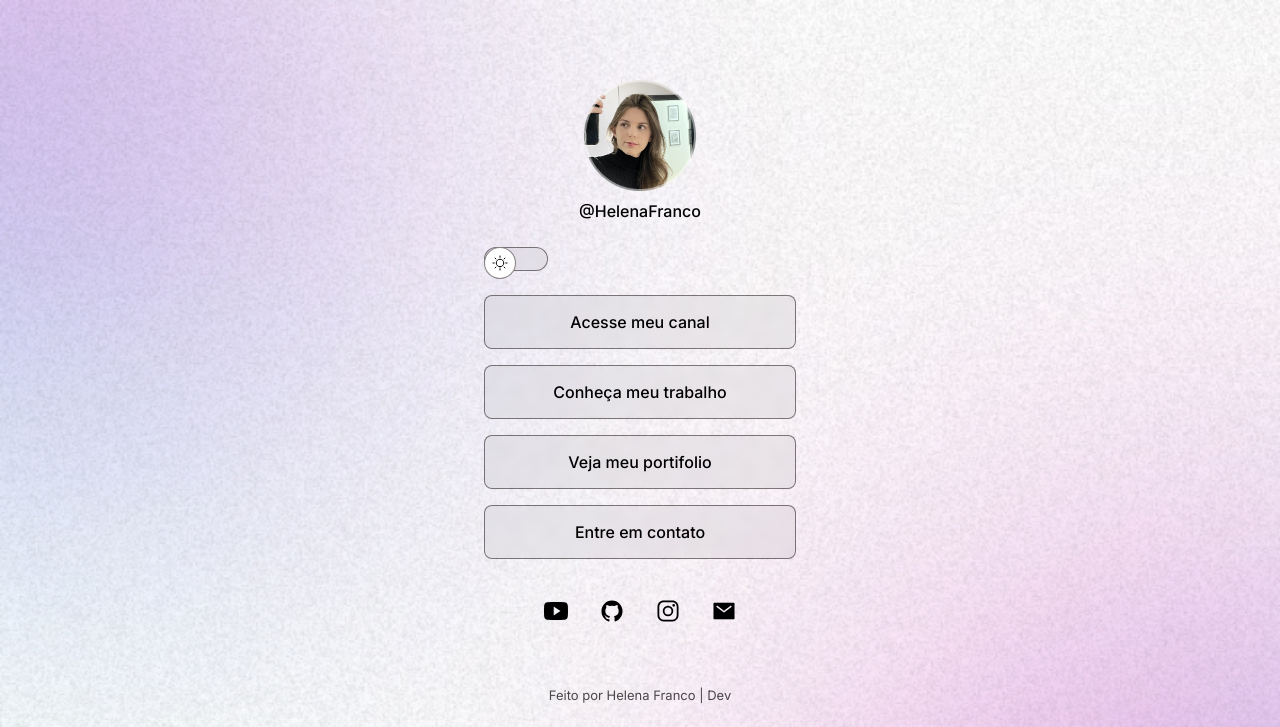
Repository: Fr4nc021/Pagina-de-links-
Page: index.html
The author's editor kept a copy of each file at every save. The page is drawn from the files as they stood at one save, then again after the next save.
The browser window is 1280 px wide. The pictures show the whole page.

Above is the page before, as saved 2025-02-17 20:42:50.

After the next save:
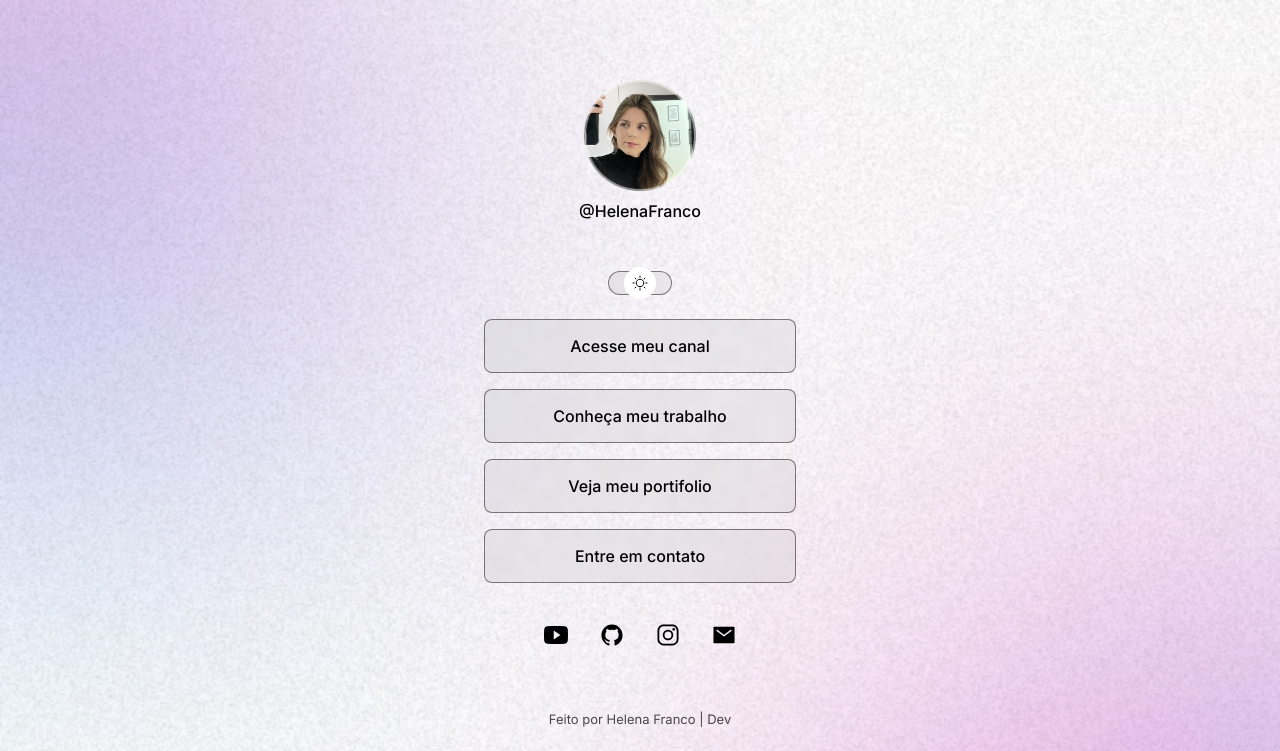
Saved 71 s later.
--- a/style.css
+++ b/style.css
@@ -60,6 +60,14 @@ body * {
     margin-top: 8px;
 }
 
+#switch {
+    position: relative;
+    display: flex;
+    justify-content: center;
+    align-items: center;
+    margin-top: 24px;
+}
+
 #switch button {
     width: 32px;
     height: 32px;
@@ -69,8 +77,6 @@ body * {
 
     position: absolute;
     z-index: 1;
-    border: 1px solid var(--stroke-color);
-
 }
 
 #switch span {

After the save that followed:
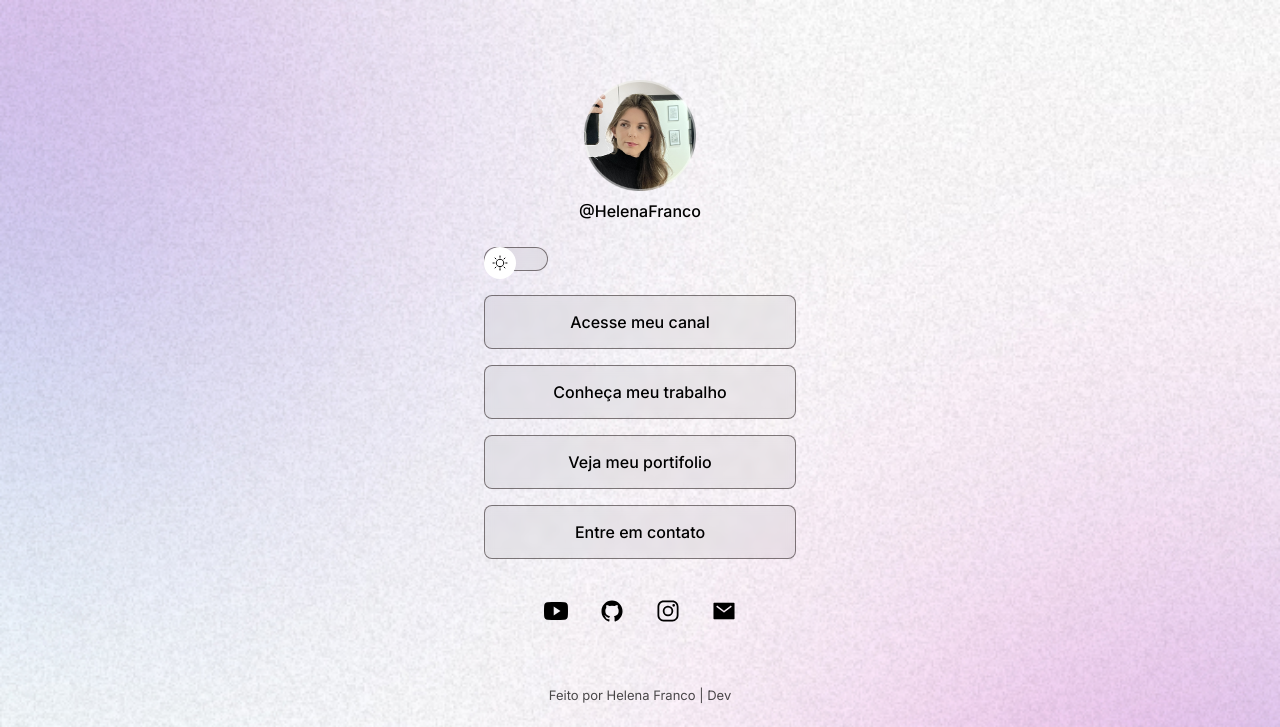
Saved 9 s later.
--- a/style.css
+++ b/style.css
@@ -62,10 +62,7 @@ body * {
 
 #switch {
     position: relative;
-    display: flex;
-    justify-content: center;
-    align-items: center;
-    margin-top: 24px;
+
 }
 
 #switch button {
